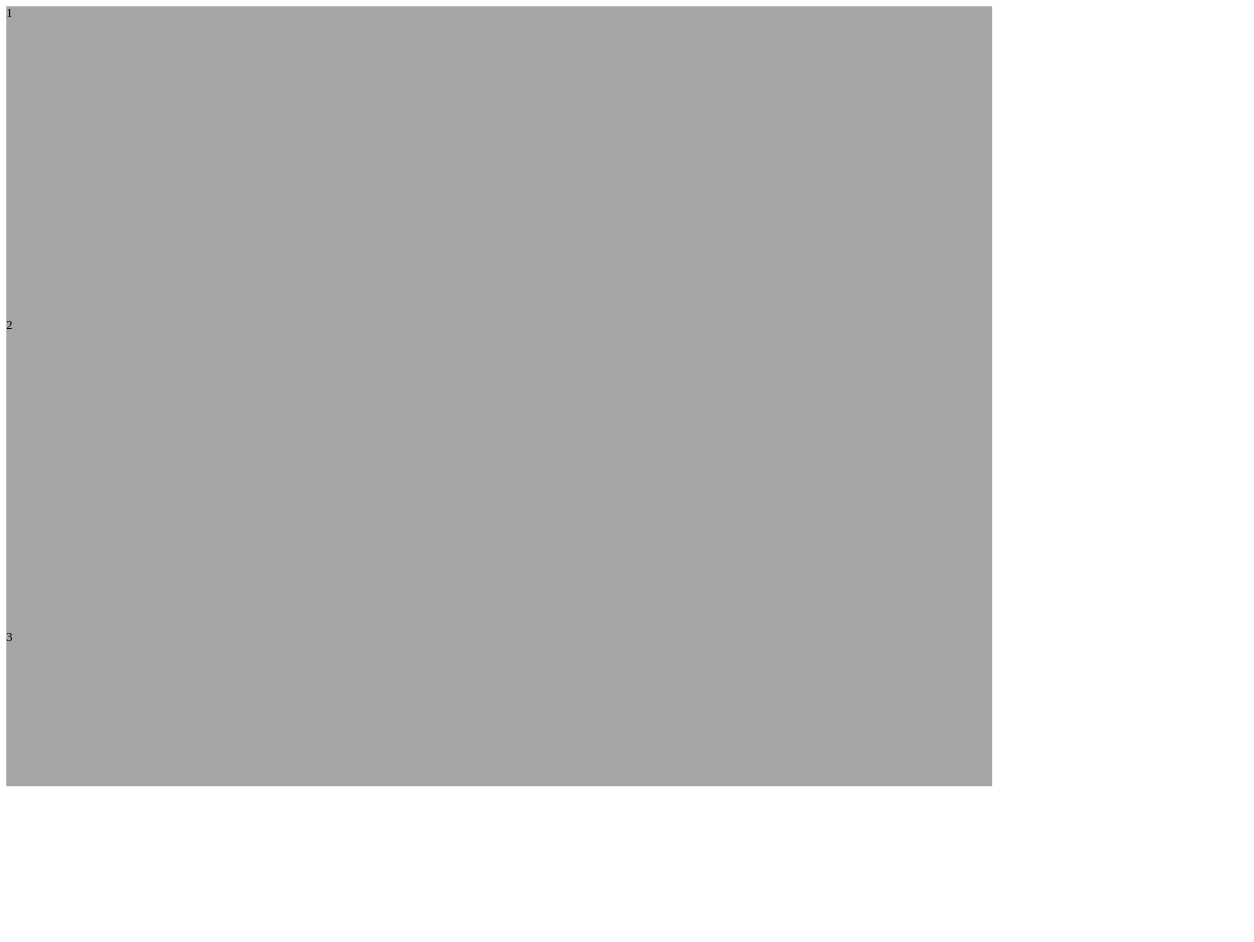
Repository: motiejus1/13-paskaita-05.31
Page: index.html
These files come from the project's save history. The page is drawn as it stood at one moment and after a run of saves; the edit follows.
The browser window is 1280 px wide. The page is 1608 px wide, so the pictures cover 1608 px, including what lies to the right of the window. The pictures show the whole page, at 78% of full size.

Above is the page before, as saved 2021-06-21 19:47:40.

After the next 3 saves:
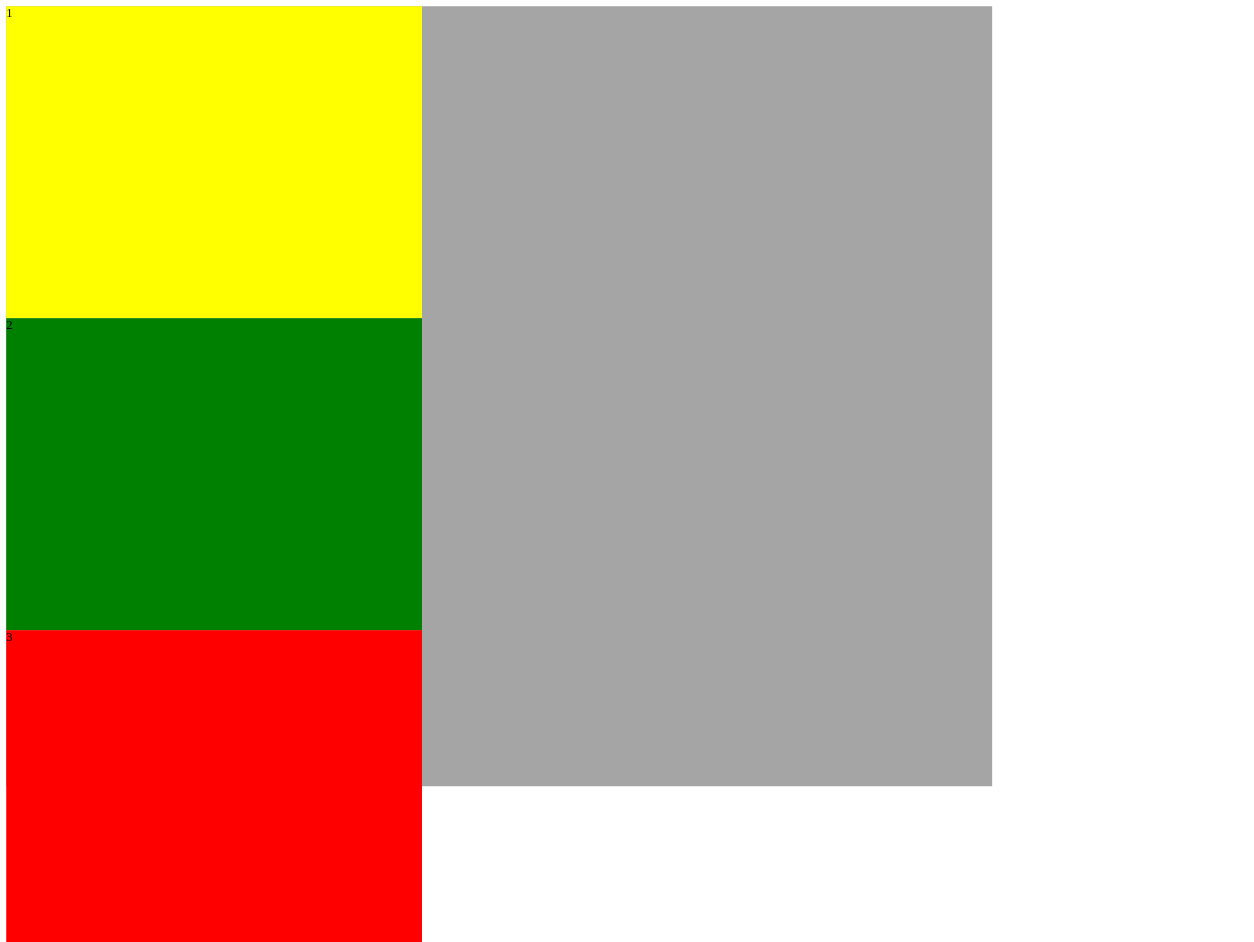
The 3 saves are shown as one change because they came seconds apart.
The last was saved 11 s later.
--- a/index.html
+++ b/index.html
@@ -61,9 +61,9 @@
 <div class="container">
 
     <div class="kvadratai">
-        <div class="kvadratas">1</div>
-        <div class="kvadratas">2</div>
-        <div class="kvadratas">3</div>
+        <div class="kvadratas geltona">1</div>
+        <div class="kvadratas zalia">2</div>
+        <div class="kvadratas raudona">3</div>
     </div>
 
 
